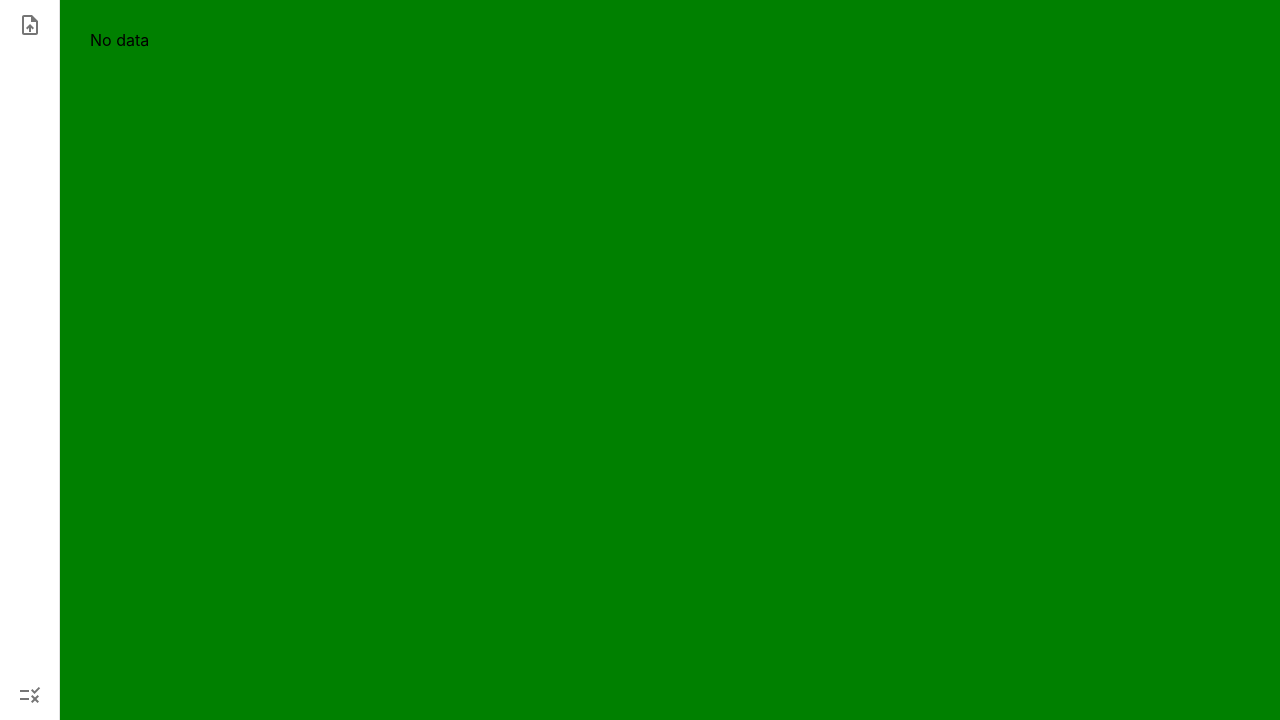
Repository: imark00/sbolInsight_frontend
Page: /
These files come from the project's save history. The page is drawn as it stood at one moment and after the next save; the edit follows.
The browser window is 1280 px wide. The pictures show the whole page.
The project was rebuilt for these pictures with package versions that can differ from the ones it lists, and the page was loaded fresh each time. Also part of the build but not shown: src/App.css.

Above is the page before, as saved 2024-08-18 05:37:28.

After the next save:
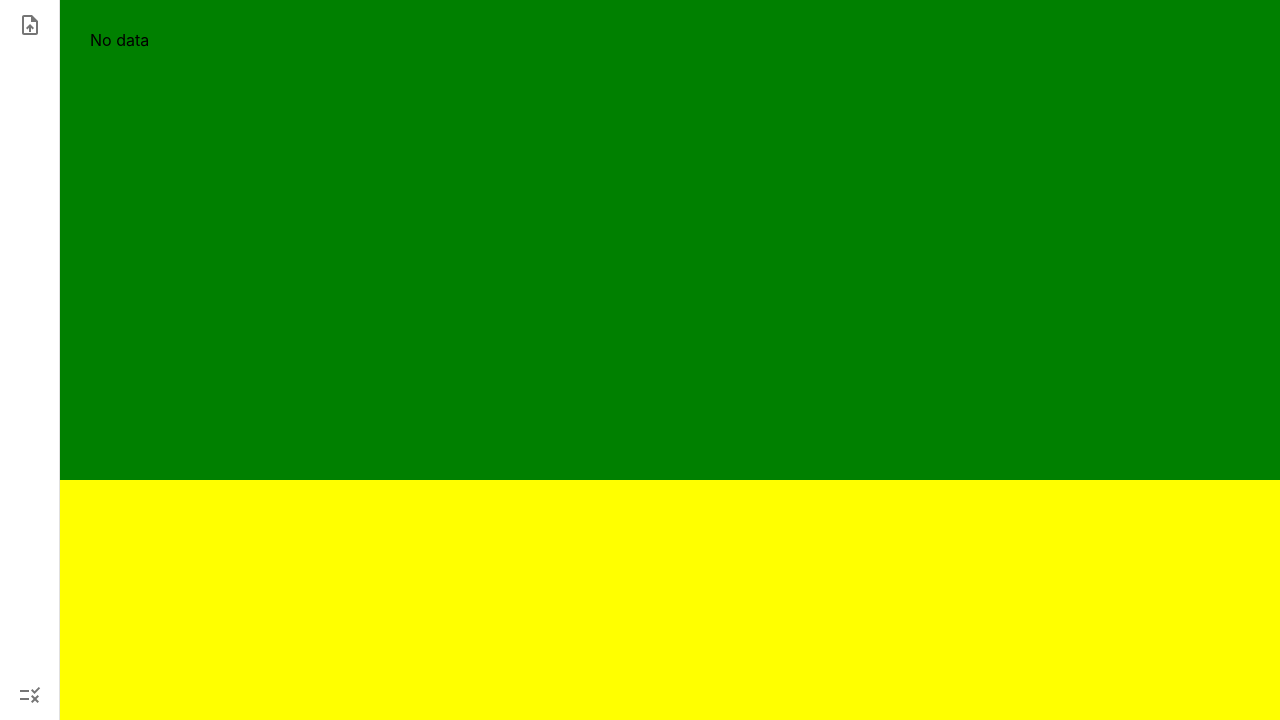
Saved 14 s later.
--- a/src/sbolInsight.js
+++ b/src/sbolInsight.js
@@ -133,7 +133,6 @@
                 <Box
                     sx={{
                         flex: '1',
-
                         background: 'green',
                         padding: '30px',
                         display: 'flex',
@@ -152,7 +151,7 @@
                 </Box>
 
                 {/* Validation results view */}
-                {/* <Box
+                <Box
                     sx={{
                         height: '180px',
                         background: 'yellow',
@@ -163,7 +162,7 @@
                     }}
                 >
 
-                </Box> */}
+                </Box>
             </Box>
 
 

After the save that followed:
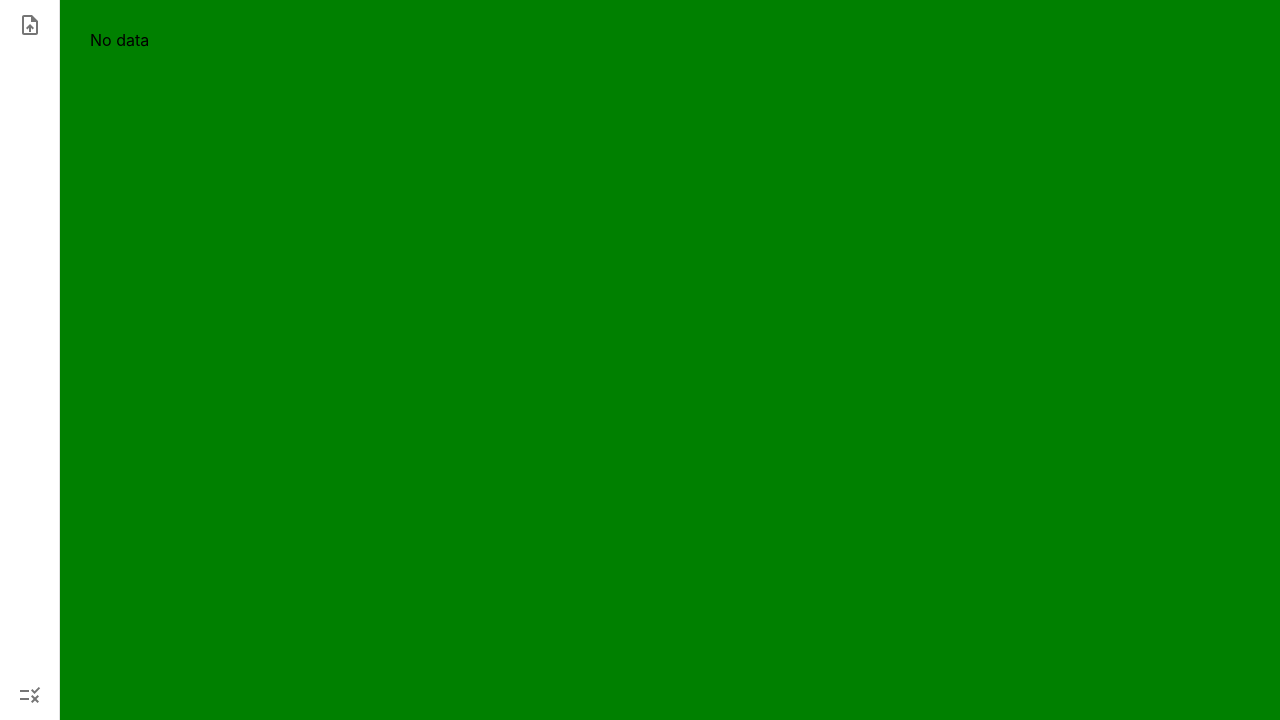
Saved 13 s later.
--- a/src/sbolInsight.js
+++ b/src/sbolInsight.js
@@ -151,7 +151,7 @@
                 </Box>
 
                 {/* Validation results view */}
-                <Box
+                {/* <Box
                     sx={{
                         height: '180px',
                         background: 'yellow',
@@ -162,7 +162,7 @@
                     }}
                 >
 
-                </Box>
+                </Box> */}
             </Box>
 
 
